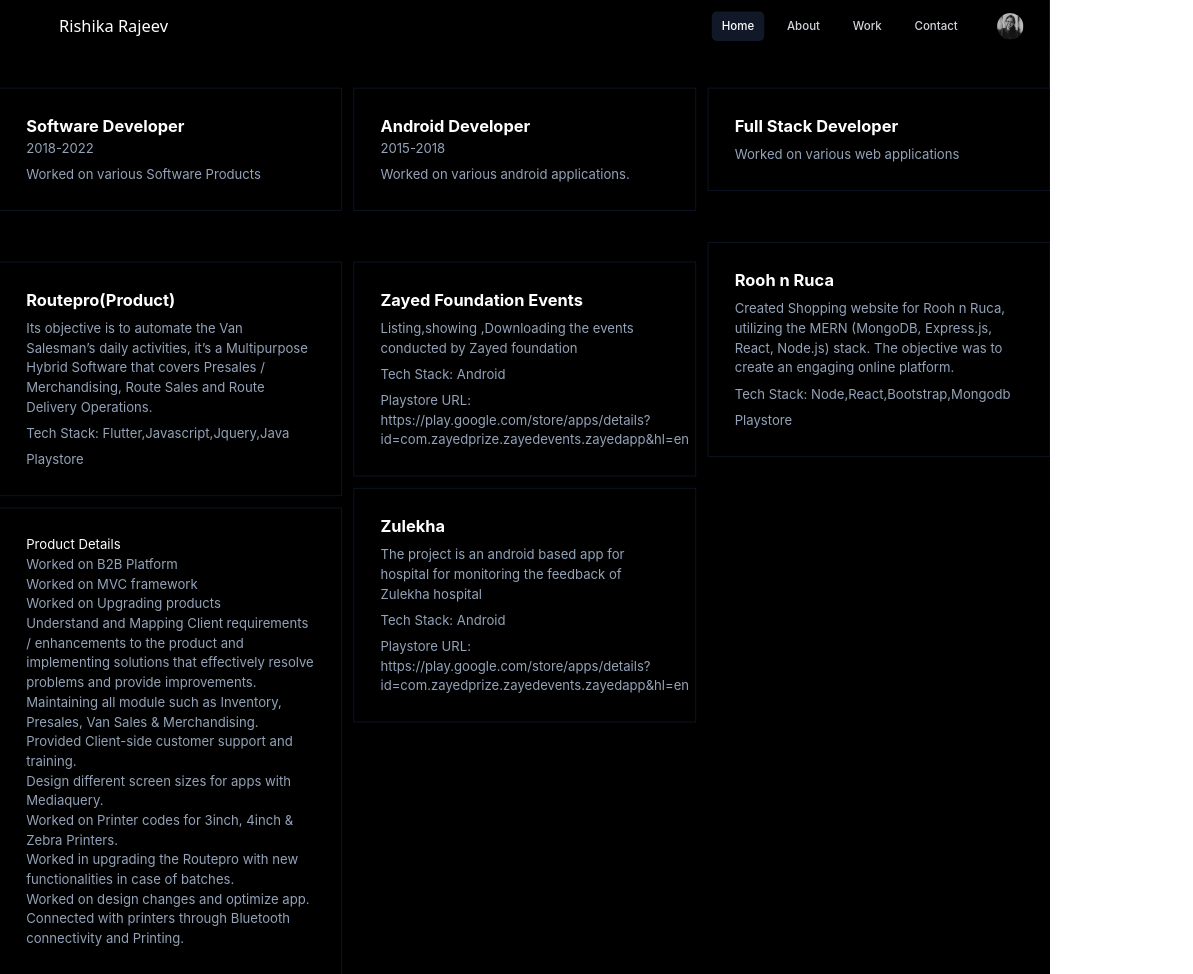
Repository: rishikarajeev/portfolio_rishika
Page: /work
The author's editor kept a copy of each file at every save. The page is drawn from the files as they stood at one save, then again after a run of saves.
The browser window is 1280 px wide. The page is 1280 px wide, then 1455 px, so the pictures cover 1455 px, including what lies to the right of the window. The pictures show the whole page, at 82% of full size.
The project was rebuilt for these pictures with package versions that can differ from the ones it lists, and the page was loaded fresh each time. Also part of the build but not shown: src/Pages/Home.jsx, src/Pages/About.jsx, src/Pages/Contact.jsx.

Above is the page before, as saved 2023-10-23 19:05:12.

### src/Components/Nav/Nav.jsx
import React from 'react'

import img from '../../Images/profile.jpeg'

function Nav() {
  return (
    <div><nav class="dark:bg-black">
    <div class="mx-auto max-w-7xl px-2 sm:px-6 lg:px-8">
      <div class="relative flex h-16 items-center justify-between">
      <div class="absolute inset-y-0 left-7 flex items-center ">

      <a href="#" class=" text-white  px-3 py-2 text-xl font-medium font-sans" aria-current="page">Rishika Rajeev</a>
        </div>
        <div class="absolute inset-y-0 left-0 flex items-center sm:hidden">

          <button type="button" class="relative inline-flex items-center justify-center rounded-md p-2 text-gray-400 hover:bg-gray-700 hover:text-white focus:outline-none focus:ring-2 focus:ring-inset focus:ring-white" aria-controls="mobile-menu" aria-expanded="false">
            <span class="absolute -inset-0.5"></span>
            <span class="sr-only">Open main menu</span>

            <svg class="block h-6 w-6" fill="none" viewBox="0 0 24 24" stroke-width="1.5" stroke="currentColor" aria-hidden="true">
              <path stroke-linecap="round" stroke-linejoin="round" d="M3.75 6.75h16.5M3.75 12h16.5m-16.5 5.25h16.5" />
            </svg>

            <svg class="hidden h-6 w-6" fill="none" viewBox="0 0 24 24" stroke-width="1.5" stroke="currentColor" aria-hidden="true">
              <path stroke-linecap="round" stroke-linejoin="round" d="M6 18L18 6M6 6l12 12" />
            </svg>
          </button>
        </div>
        <div class="flex flex-1 items-center justify-end sm:items-stretch sm:justify-end">
          {/* <div class="flex flex-shrink-0 items-center">
            <img class="h-8 w-auto" src="https://tailwindui.com/img/logos/mark.svg?color=indigo&shade=500" alt="Your Company"/>
          </div> */}
          <div class="hidden sm:ml-6 sm:block ">
            <div class="flex space-x-4 ">

              <a href="/" class="bg-gray-900 text-white rounded-md px-3 py-2 text-sm font-medium" >Home</a>
              <a href="/about" class="text-gray-300 hover:bg-gray-700 hover:text-white rounded-md px-3 py-2 text-sm font-medium">About</a>
              <a href="/work" class="text-gray-300 hover:bg-gray-700 hover:text-white rounded-md px-3 py-2 text-sm font-medium">Work</a>
              <a href="/contact" class="text-gray-300 hover:bg-gray-700 hover:text-white rounded-md px-3 py-2 text-sm font-medium">Contact</a>
            </div>
          </div>
        </div>
        <div class="absolute inset-y-0 right-0 flex items-center pr-2 sm:static sm:inset-auto sm:ml-6 sm:pr-0">
          {/* <button type="button" class="relative rounded-full bg-gray-800 p-1 text-gray-400 hover:text-white focus:outline-none focus:ring-2 focus:ring-white focus:ring-offset-2 focus:ring-offset-gray-800">
            <span class="absolute -inset-1.5"></span>
            <span class="sr-only">View notifications</span>
            <svg class="h-6 w-6" fill="none" viewBox="0 0 24 24" stroke-width="1.5" stroke="currentColor" aria-hidden="true">
              <path stroke-linecap="round" stroke-linejoin="round" d="M14.857 17.082a23.848 23.848 0 005.454-1.31A8.967 8.967 0 0118 9.75v-.7V9A6 6 0 006 9v.75a8.967 8.967 0 01-2.312 6.022c1.733.64 3.56 1.085 5.455 1.31m5.714 0a24.255 24.255 0 01-5.714 0m5.714 0a3 3 0 11-5.714 0" />
            </svg>
          </button> */}


          <div class="relative ml-3">
            <div>
              <button type="button" class="relative flex rounded-full bg-gray-800 text-sm focus:outline-none focus:ring-2 focus:ring-white focus:ring-offset-2 focus:ring-offset-gray-800" id="user-menu-button" aria-expanded="false" aria-haspopup="true">
                <span class="absolute -inset-1.5"></span>
                <span class="sr-only">Open user menu</span>
                <img class="h-8 w-8 rounded-full" src={img} alt=""/>
              </button>
            </div>

          </div>
        </div>
      </div>
    </div>


    <div class="sm:hidden" id="mobile-menu">
      <div class="space-y-1 px-2 pb-3 pt-2">

        <a href="/" class="bg-gray-900 text-white block rounded-md px-3 py-2 text-base font-medium" aria-current="page">Home</a>
        <a href="/about" class="text-gray-300 hover:bg-gray-700 hover:text-white block rounded-md px-3 py-2 text-base font-medium">About</a>
        <a href="/work" class="text-gray-300 hover:bg-gray-700 hover:text-white block rounded-md px-3 py-2 text-base font-medium">Work</a>
        <a href="/contact" class="text-gray-300 hover:bg-gray-700 hover:text-white block rounded-md px-3 py-2 text-base font-medium">Contact</a>
      </div>
    </div>
  </nav>
  </div>
  )
}

export default Nav

### src/Pages/Mywork.jsx
import React from "react";
import Work from "../Components/Work";
import Project from "../Components/Project";
import Nav from "../Components/Nav/Nav";

function Mywork() {
  return (
    <div class="dark md:bg-black ">
      <Nav />

      <div>
        {" "}
        <div className="container mx-auto  dark dark:bg-black">
          <h2 className="text-3xl font-bold mb-2 ">Work Experience</h2>

          <div class="grid grid-cols-1 md:grid-cols-3 gap-4 dark dark:bg-black">
            <div className="dark md:bg-black">
              <Work
                title="Software Developer"
                description="Worked on various Software Products"
                year="2018-2022"
              />
              <h2 className="text-3xl font-bold mt-6 mb-1">Projects</h2>
              <Project
                title="Routepro(Product)"
                description=" Its objective is to automate the Van Salesman’s daily activities, it’s a Multipurpose Hybrid Software that covers Presales / Merchandising, Route Sales and Route Delivery Operations."
                techStack="Flutter,Javascript,Jquery,Java"
              />
              <div className="dark:text-slate-400 ring-1 ring-slate-900 max-w-2xl p-8 dark dark:bg-black">
                <h2 className="text-white"> Product Details</h2>
                <ul>
                  <li>Worked on B2B Platform</li>
                  <li>Worked on MVC framework</li>
                  <li>Worked on Upgrading products </li>
                  <li>
                    Understand and Mapping Client requirements / enhancements to
                    the product and implementing solutions that effectively
                    resolve problems and provide improvements.
                  </li>
                  <li>
                    Maintaining all module such as Inventory, Presales, Van
                    Sales & Merchandising.
                  </li>
                  <li>Provided Client-side customer support and training.</li>
                  <li>
                    Design different screen sizes for apps with Mediaquery.
                  </li>
                  <li>
                    Worked on Printer codes for 3inch, 4inch & Zebra Printers.
                  </li>
                  <li>
                    Worked in upgrading the Routepro with new functionalities in
                    case of batches.
                  </li>
                  <li>Worked on design changes and optimize app.</li>
                  <li>
                    Connected with printers through Bluetooth connectivity and
                    Printing.
                  </li>
                </ul>
              </div>
            </div>
            <div>
            <Work
                title="Android Developer"
                description="Worked on various android applications."
                year="2015-2018"
              />
              <h2 className="text-3xl font-bold mt-6 mb-1">Projects</h2>
              <Project
                title="Zayed Foundation Events"
                description=" Listing,showing ,Downloading the events conducted by Zayed foundation"
                techStack="Android"
                Playstore=" URL: https://play.google.com/store/apps/details?id=com.zayedprize.zayedevents.zayedapp&hl=en"
              />
                  <Project
                title="Zulekha"
                description=" The project is an android based app for hospital for monitoring the feedback of Zulekha hospital"
                techStack="Android"
                Playstore=" URL: https://play.google.com/store/apps/details?id=com.zayedprize.zayedevents.zayedapp&hl=en"
              />
               <ul>
                            <li>Listing the events conducted by Zayed foundation</li>
                            <li>Showing Live events.</li>
                                <li>	Downloading and viewing files.</li>
                                    <li>	Integrated Google Map & Facebook</li>
                                        <li>	Implemented Calendar with Marked Events.</li>
                                            <li>	Playstore URL: https://play.google.com/store/apps/details?id=com.zayedprize.zayedevents.zayedapp&hl=en</li>

                        </ul>
            </div>
            <div className="dark md:bg-black">
              <Work
                title="Full Stack Developer"
                description="Worked on various web applications"

              />
              <h2 className="text-3xl font-bold mt-6 mb-1">Projects</h2>
              <Project
                title="Rooh n Ruca"
                description="    Created Shopping website for Rooh n Ruca, utilizing the MERN (MongoDB, Express.js, React, Node.js)  stack. The objective was to create an  engaging online platform."
                techStack="Node,React,Bootstrap,Mongodb"

              />
              <h2> className="text-3xl font-bold mt-6 mb-1" github: https://github.com/rishikarajeev/ROOH-N-RUCA.git</h2>


            </div>
          </div>
        </div>
      </div>
    </div>
  );
}

export default Mywork;

### src/Components/Work.jsx
import React from 'react';

const Work = ({ title, description, year }) => {
  return (
    <div className="mb-4 ring-1 ring-slate-900 max-w-2xl p-8 dark md:bg-black">
      <h3 className="text-xl font-bold text-white">{title}</h3>
      <p className="dark:text-slate-400">{year}</p>
      <p className="mt-2 dark:text-slate-400">{description}</p>
    </div>
  );
};

export default Work;

### src/Components/Project.jsx
import React from 'react';

const Project = ({ title, description, techStack,Playstore }) => {
  return (
    <div className="mb-4 ring-1 ring-slate-900 max-w-2xl p-8 dark md:bg-black">
      <h3 className="text-xl font-bold text-white">{title}</h3>
      <p className="mt-2 dark:text-slate-400">{description}</p>
      <p className="mt-2 dark:text-slate-400">Tech Stack: {techStack}</p>
      <p className="mt-2 dark:text-slate-400">Playstore {Playstore}</p>
    </div>
  );
};

export default Project;

### tailwind.config.js
/** @type {import('tailwindcss').Config} */
module.exports = {
  content: ["./src/**/*.{html,js,jsx}"],
  theme: {
    extend: {},
  },
  darkMode: 'class',
  plugins: [],
}

Loaded but not shown: public/index.html (common file); src/index.js (common file); src/index.css (common file); src/App.js (common file); src/reportWebVitals.js (common file); src/App.css (common file)

After the next 6 saves:
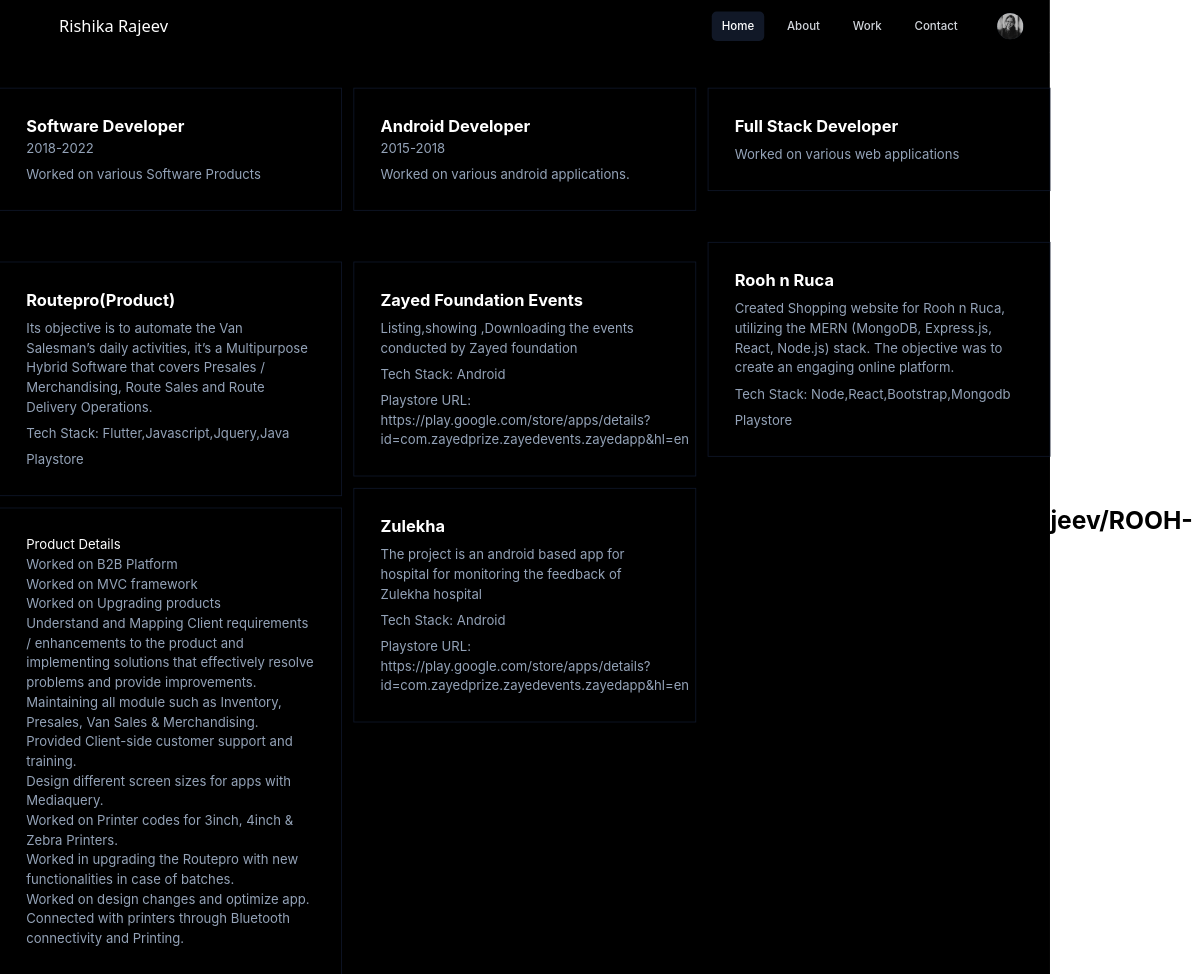
The 6 saves are shown as one change because 1 did not build or start and some came seconds apart.
The last was saved 23 s later.
--- a/src/Pages/Mywork.jsx
+++ b/src/Pages/Mywork.jsx
@@ -102,7 +102,7 @@ function Mywork() {
                 techStack="Node,React,Bootstrap,Mongodb"
 
               />
-              <h2> className="text-3xl font-bold mt-6 mb-1" github: https://github.com/rishikarajeev/ROOH-N-RUCA.git</h2>
+              <h2 className="text-3xl font-bold mt-6 mb-1"> github: https://github.com/rishikarajeev/ROOH-N-RUCA.git</h2>
 
 
             </div>
